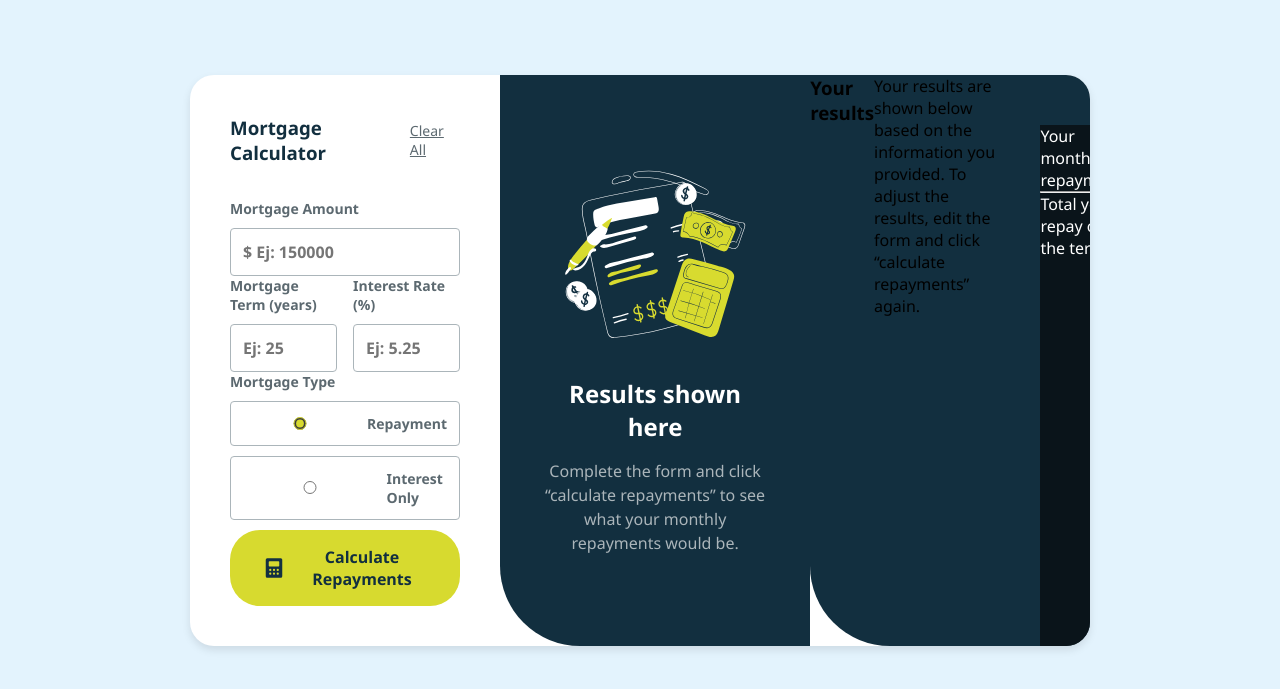
Repository: GravielPV/Mortgage-repayment-calculator
Page: index.html
The author's editor kept a copy of each file at every save. The page is drawn from the files as they stood at one save, then again after the next save.
The browser window is 1280 px wide. The pictures show the whole page.

Above is the page before, as saved 2025-12-14 15:11:53.

After the next save:
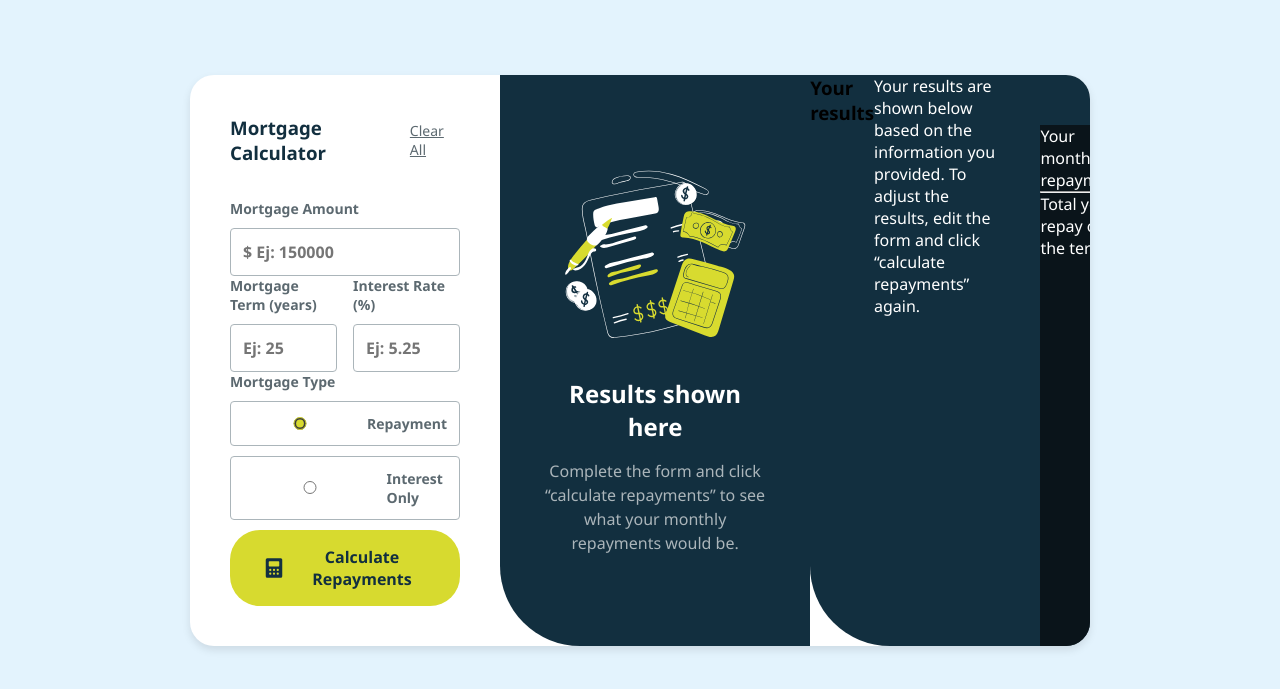
Saved 20 s later.
--- a/styles.css
+++ b/styles.css
@@ -206,7 +206,7 @@ button:hover {
 
 }
 
-.resultado .caja-resultados p{
+.resultado  p{
     color: white;
 }
 
